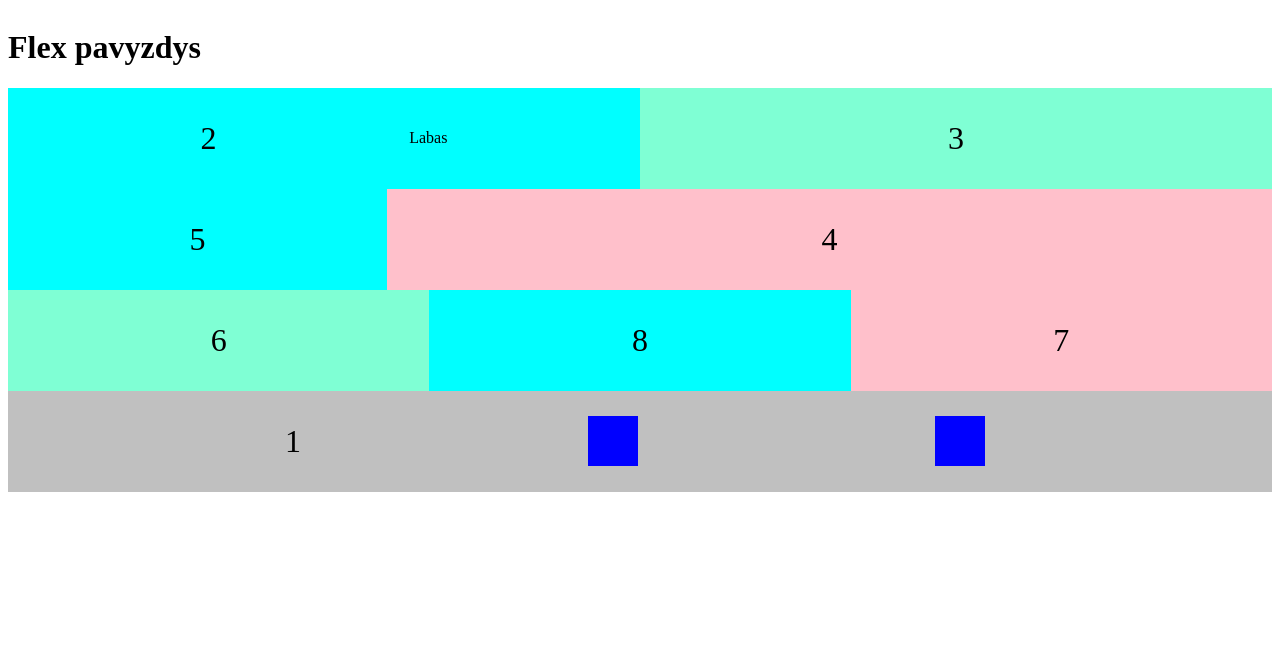
Repository: motiejus1/06-paskaita-invest
Page: index.html
The author's editor kept a copy of each file at every save. The page is drawn from the files as they stood at one save, then again after a run of saves.
The browser window is 1280 px wide. The pictures show the whole page.

Above is the page before, as saved 2021-06-09 20:18:22.

After the next 3 saves:
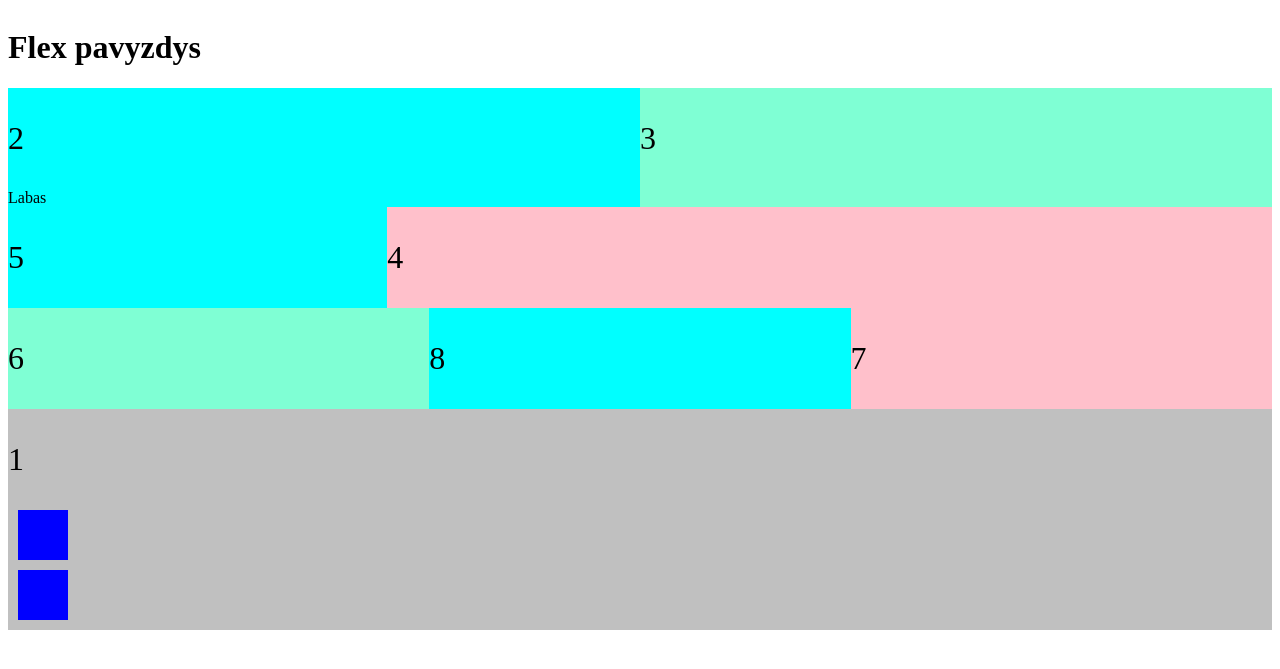
The 3 saves are shown as one change because they came seconds apart.
The last was saved 9 s later.
--- a/index.html
+++ b/index.html
@@ -148,9 +148,9 @@
         }
 
         [class*="flex-item-"] {
-               display:flex;
-               justify-content: space-evenly;
-               align-items: center;
+               /* display:flex; */
+               /* justify-content: space-evenly; */
+               /* align-items: center; */
             }
 
         @media screen and (max-width: 720px) {
